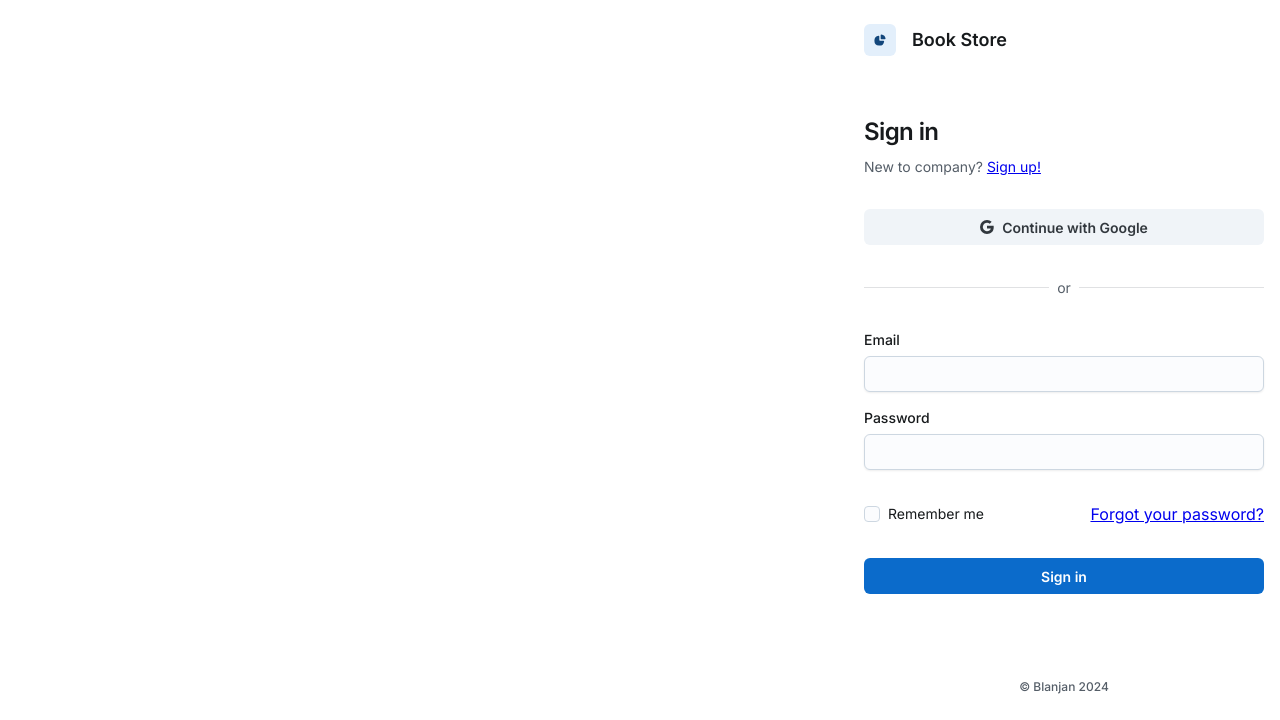
Repository: LaurentiusKevin/bookstore-fe
Page: /auth/login
The author's editor kept a copy of each file at every save. The page is drawn from the files as they stood at one save, then again after the next save.
The browser window is 1280 px wide. The pictures show the whole page.
The project was rebuilt for these pictures with package versions that can differ from the ones it lists, and the page was loaded fresh each time. The framework's server and built-in components were replaced by stand-ins that run in the browser. Also part of the build but not shown: next.config.mjs.

Above is the page before, as saved 2024-04-07 00:53:22.

After the next save:
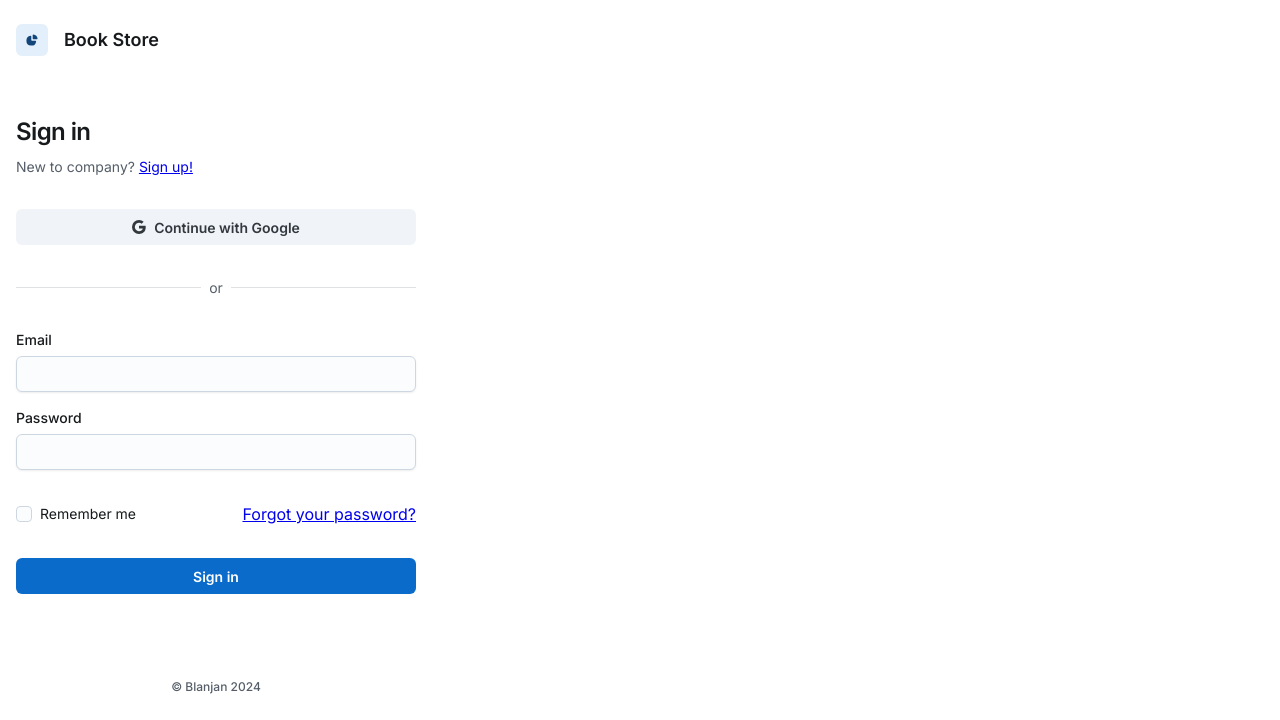
Saved 7 s later.
--- a/src/app/auth/login/page.tsx
+++ b/src/app/auth/login/page.tsx
@@ -70,7 +70,7 @@
           position: "relative",
           zIndex: 1,
           display: "flex",
-          justifyContent: "flex-end",
+          // justifyContent: "flex-end",
           backdropFilter: "blur(12px)",
           backgroundColor: "rgba(255 255 255 / 0.2)",
           [theme.getColorSchemeSelector("dark")]: {

After the 3 saves that followed:
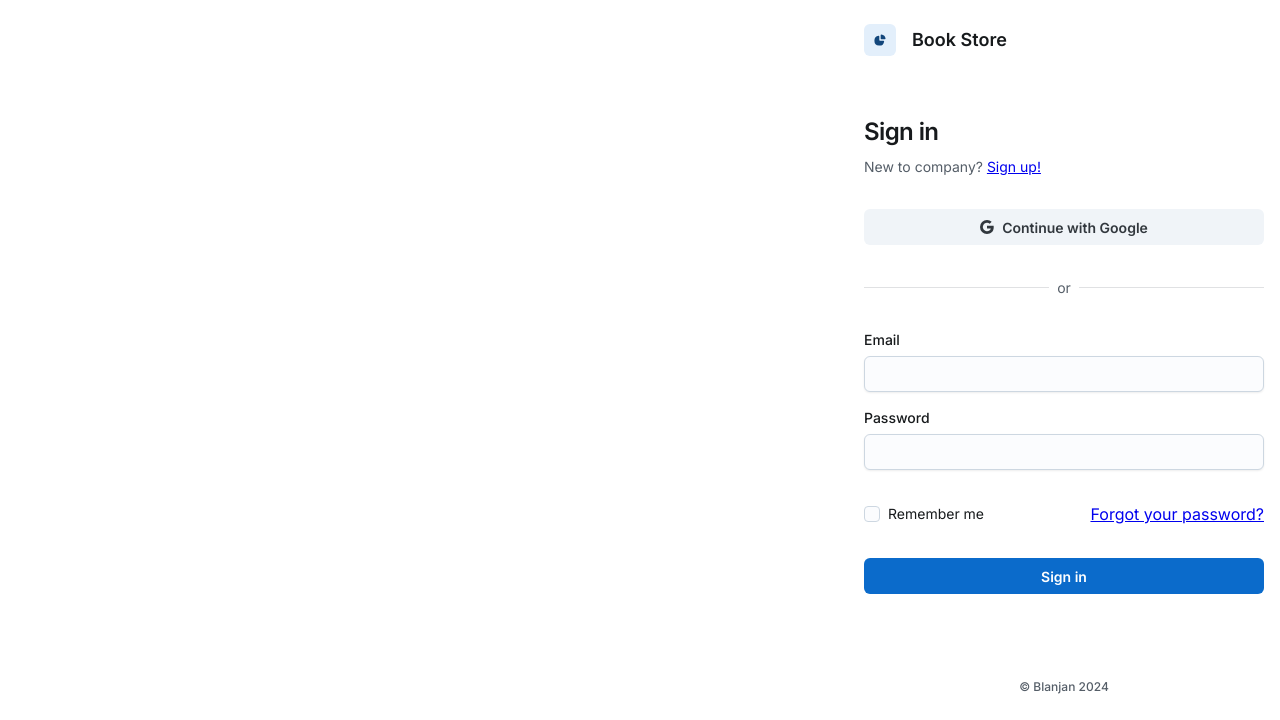
The 3 saves are shown as one change because 2 left the picture as it was.
The last was saved 20 s later.
--- a/src/app/auth/login/page.tsx
+++ b/src/app/auth/login/page.tsx
@@ -70,7 +70,7 @@
           position: "relative",
           zIndex: 1,
           display: "flex",
-          // justifyContent: "flex-end",
+          justifyContent: "flex-end",
           backdropFilter: "blur(12px)",
           backgroundColor: "rgba(255 255 255 / 0.2)",
           [theme.getColorSchemeSelector("dark")]: {
